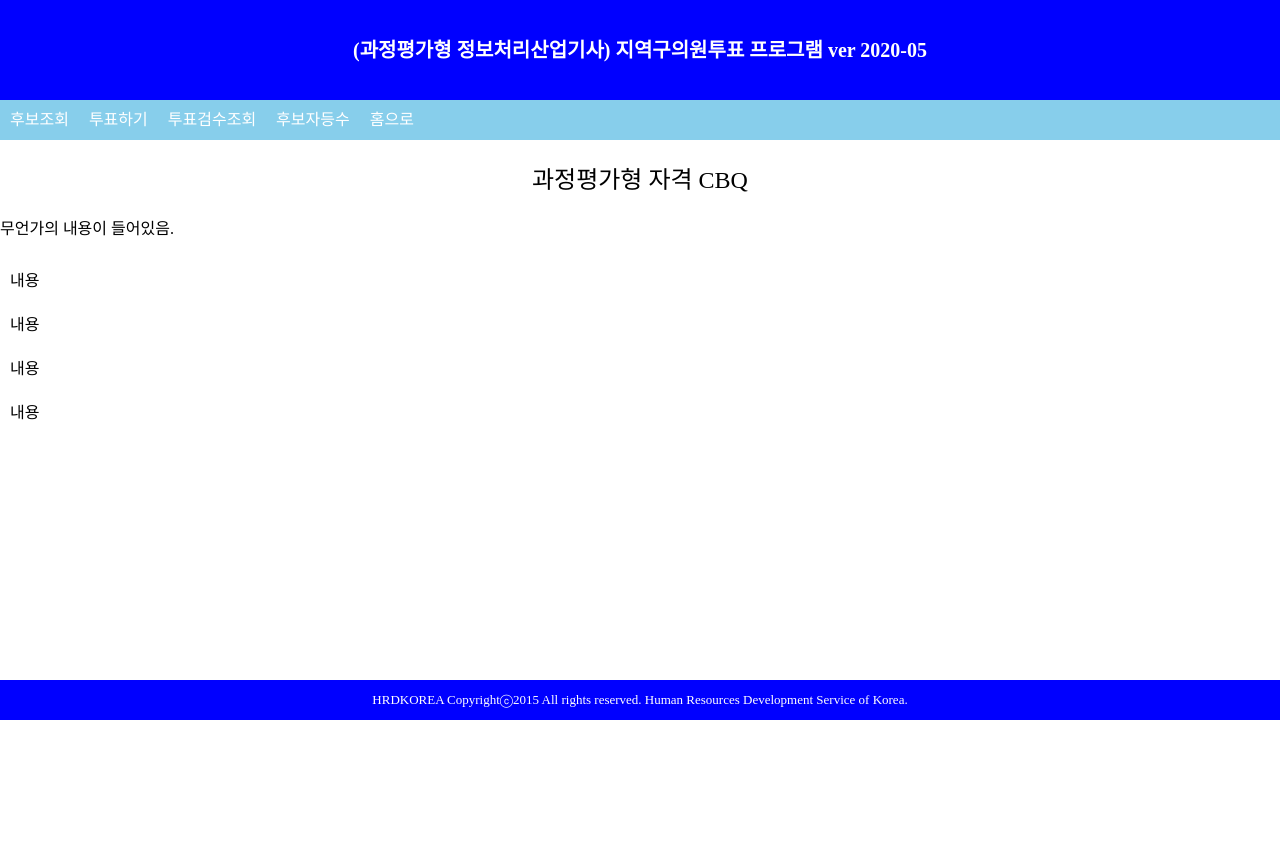
Repository: kayeunae/mvc-pattern
Page: http://localhost/VOTE_1234/
The author's editor kept a copy of each file at every save. The page is drawn from the files as they stood at one save, then again after the next save.
The browser window is 1280 px wide. The pictures show the whole page.
The page is served by Tomcat 9.

Above is the page before, as saved 2022-12-21 05:25:16.

After the next save:
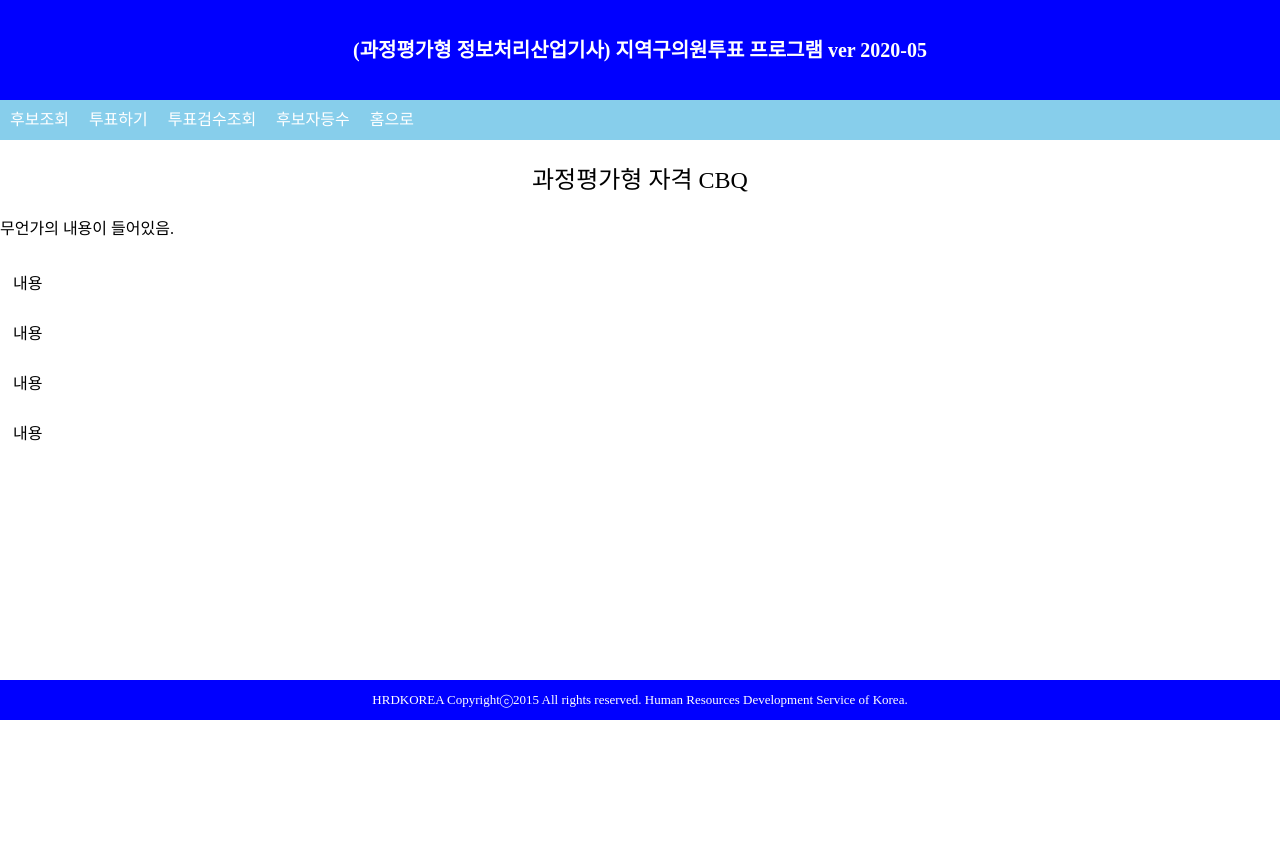
Saved 8 s later.
--- a/VOTE_1234/src/main/webapp/style.css
+++ b/VOTE_1234/src/main/webapp/style.css
@@ -54,7 +54,7 @@
 }
 
 section ul li {
-	padding: 10px;
+	padding: 13px;
 }
 
 /* footer.jsp */

After the 2 saves that followed:
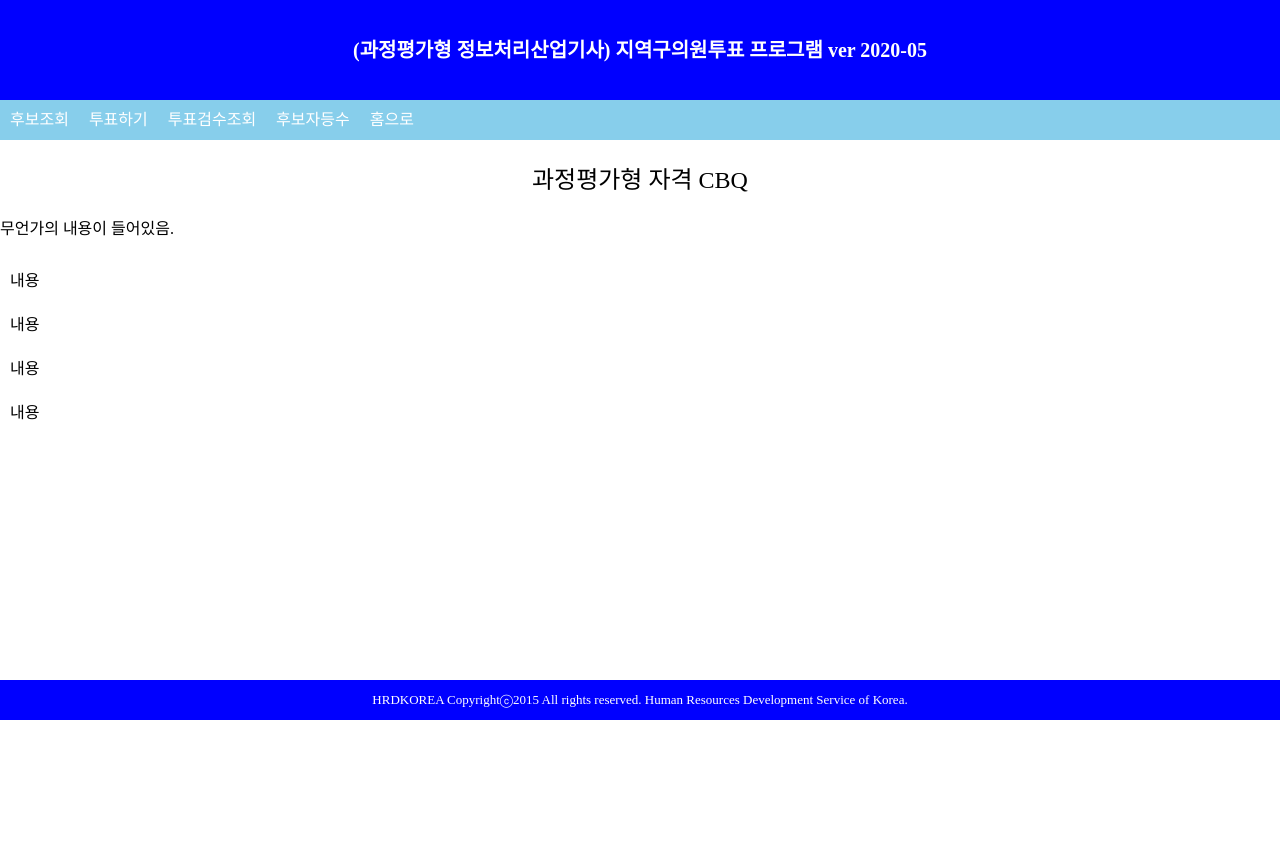
The 2 saves are shown as one change because 1 left the picture as it was.
The last was saved 66 s later.
--- a/VOTE_1234/src/main/webapp/style.css
+++ b/VOTE_1234/src/main/webapp/style.css
@@ -53,8 +53,12 @@
 	font-size: 24px;
 }
 
+span {
+	left: 13px;
+}
+
 section ul li {
-	padding: 13px;
+	padding: 10px;
 }
 
 /* footer.jsp */
